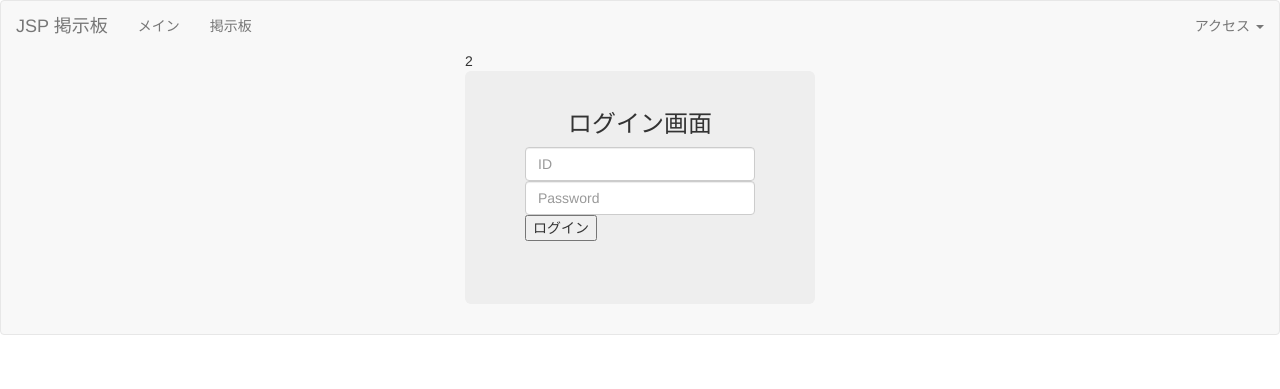
Repository: dengpu/JSP
Page: http://localhost/BBS/login.jsp
The author's editor kept a copy of each file at every save. The page is drawn from the files as they stood at one save, then again after the next save.
The browser window is 1280 px wide. The pictures show the whole page.
Some web libraries are served in a nearby version. The page is served by Tomcat 9.

Above is the page before, as saved 2017-05-15 02:18:19.

After the next save:
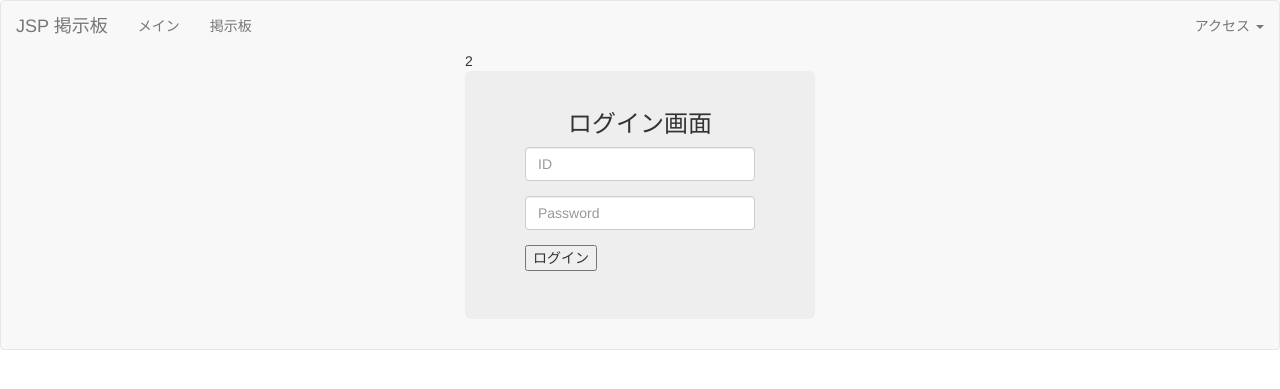
Saved 32 s later.
--- a/BBS/WebContent/login.jsp
+++ b/BBS/WebContent/login.jsp
@@ -49,10 +49,12 @@
 			<h3 style="text-align:center">ログイン画面</h3>
 			<div class="form-group">
 				<input type="text" class="form-control" placeholder="ID" name="userID" maxlength="20">
+				</div>
+				<div class="form-group">
 				<input type="password" class="form-control" placeholder="Password" name="userPassword">
+				</div>
+				<input type="submit" value="ログイン">
 
-				<input type="submit" value="ログイン">
-			</div>
 			</form>
 
 			</div>
